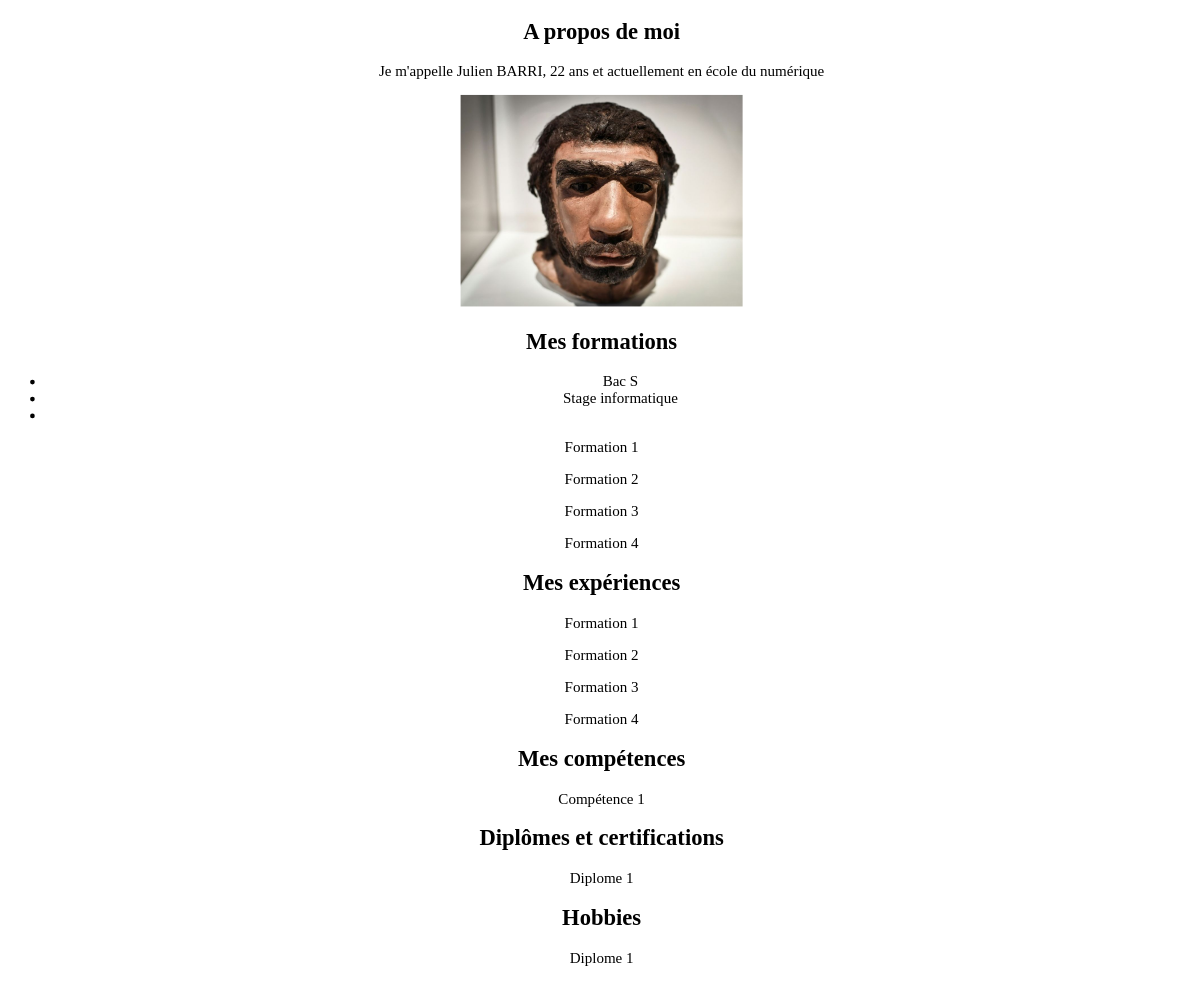
Repository: barridev/cours_devops.github.io
Page: index.html
An editor plug-in stored every save of this project. The page is shown before and after a run of saves, followed by the edit.
The browser window is 1280 px wide. The pictures show the whole page, at 94% of full size.

Above is the page before, as saved 2022-06-13 15:22:45.

After the next 2 saves:
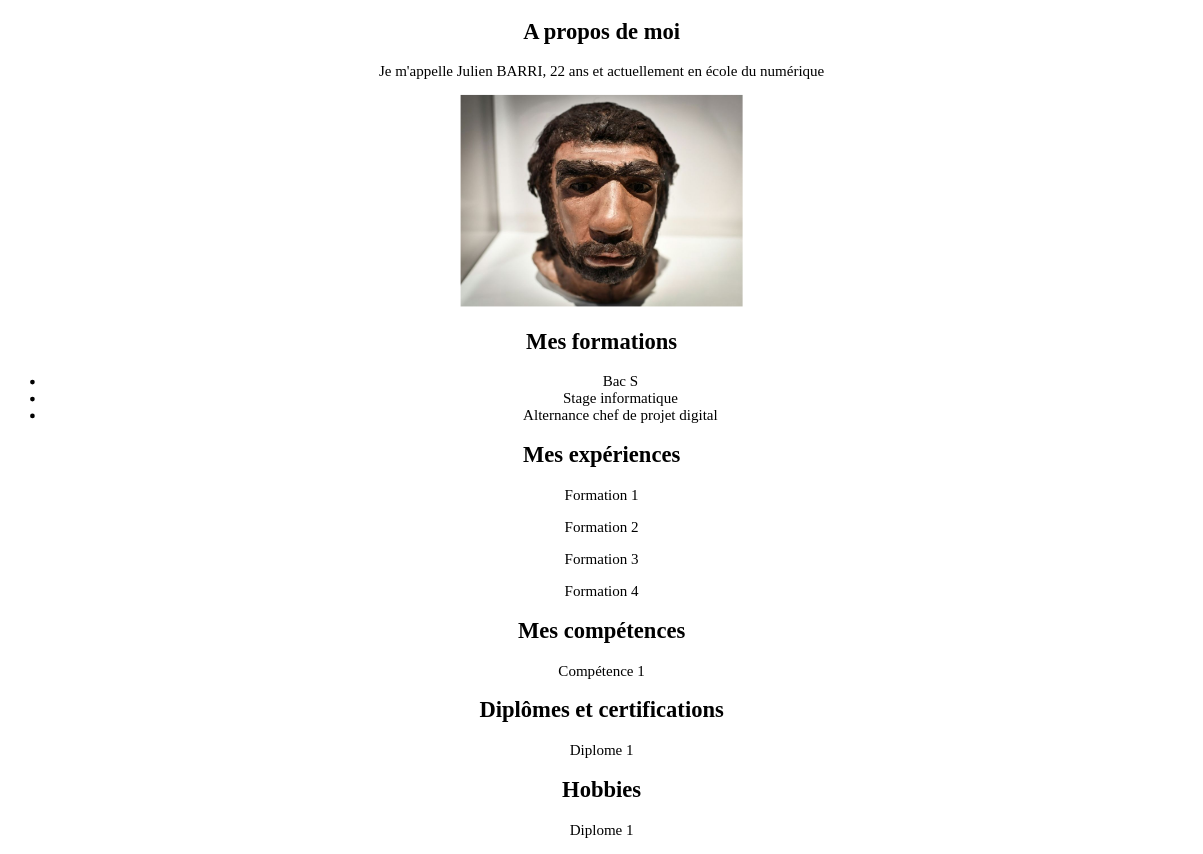
The 2 saves are shown as one change because they came seconds apart.
The last was saved 9 s later.
--- a/index.html
+++ b/index.html
@@ -25,12 +25,8 @@
             <ul>
                 <li> Bac S</li>
                 <li> Stage informatique</li>
-                <li></li>
+                <li> Alternance chef de projet digital</li>
             </ul>
-            <p>Formation 1</p>
-            <p>Formation 2</p>
-            <p>Formation 3</p>
-            <p>Formation 4</p>
         </div>
     </section>
 
